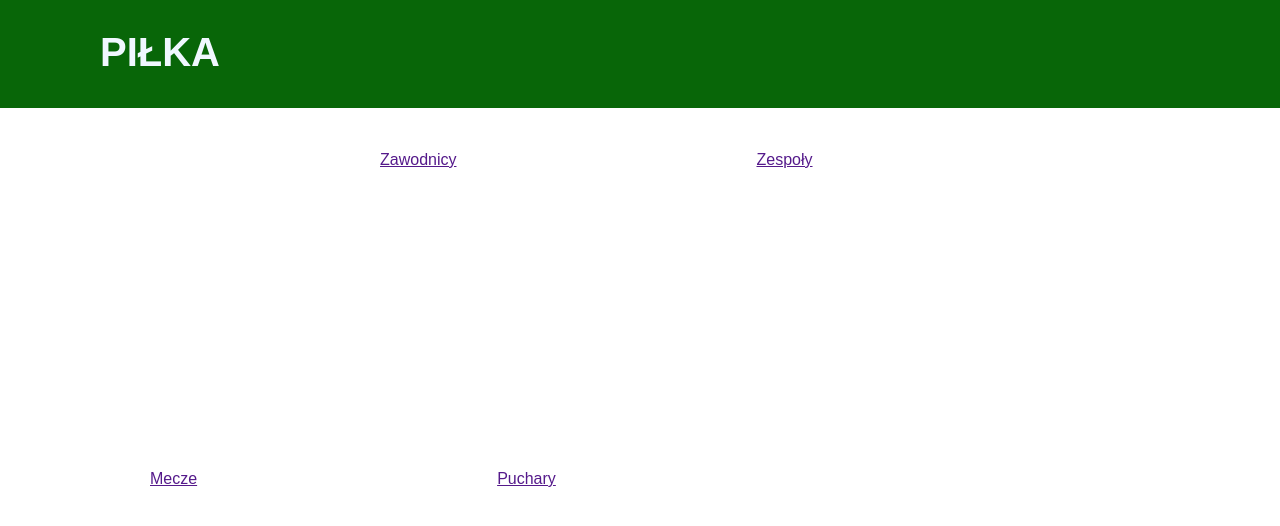
Repository: ZABA78/PAZW
Page: index.html
The author's editor kept a copy of each file at every save. The page is drawn from the files as they stood at one save, then again after the next save.
The browser window is 1280 px wide. The pictures show the whole page.
Some web fonts or font styles are not loaded; a fallback is used.

Above is the page before, as saved 2023-10-17 14:05:13.

### index.html
<!DOCTYPE html>
<html lang="en">
<head>
    <meta charset="UTF-8">
    <meta http-equiv="X-UA-Compatible" content="IE=edge">
    <meta name="viewport" content="width=device-width, initial-scale=1.0">
    <link rel="stylesheet" href="style.css">
    <title>Piłka</title>
    <style>
        @import url('https://fonts.googleapis.com/css2?family=Tilt+Neon&display=swap');
        </style>
</head>
<body>
    <header>
        <!--<img src="pilka.png" alt="logo" class = "logo">--><h1>PIŁKA</h1>
        <nav>
            <a href="">Zawodnicy</a>
            <a href="">Zespoły</a>
            <a href="">Mecze</a>
            <a href="">Puchary</a>
        </nav>
    </header>
</body>
</html>

### style.css
*
{
    font-family: 'Tilt Neon', sans-serif;
    margin:0;
    padding: 0;
    box-sizing: border-box;

}
.logo
{
    height: 100vh;

}
h1
{
    padding: 10px;
    font-size: 40px;
    float: left;
    margin-left: 90px;
    margin-top: 20px;
}
header
{
    background-color: rgb(8, 102, 8);
    height: 15vh;
    color: aliceblue;
}
a
{
padding: 150px;
text-align: center;
margin-top: 1px;
float: left;
}

After the next save:
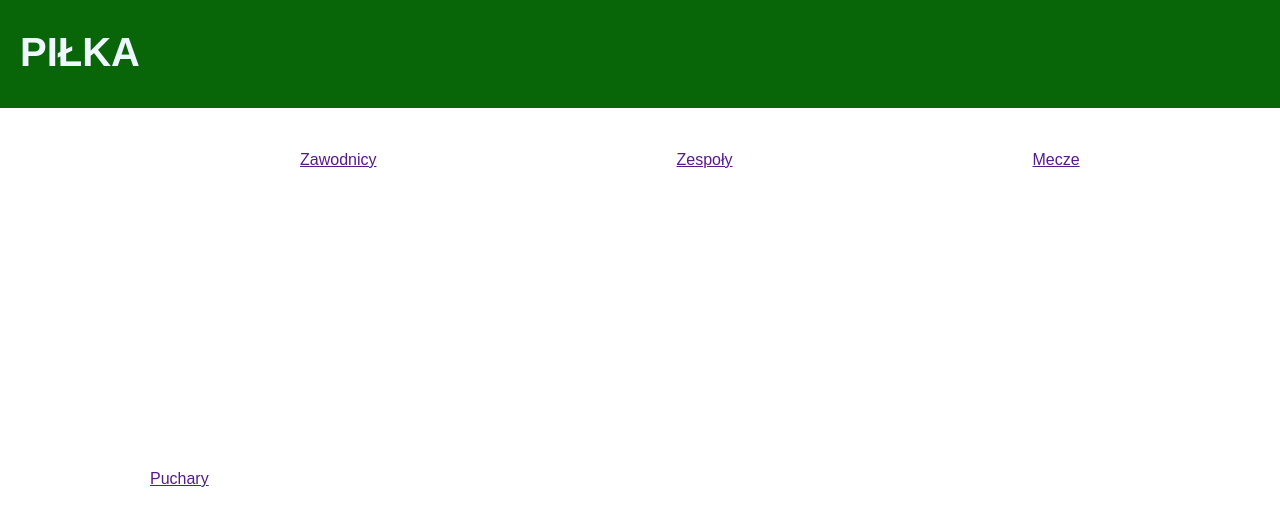
Saved 6 s later.
--- a/style.css
+++ b/style.css
@@ -16,7 +16,7 @@ h1
     padding: 10px;
     font-size: 40px;
     float: left;
-    margin-left: 90px;
+    margin-left: 10px;
     margin-top: 20px;
 }
 header
